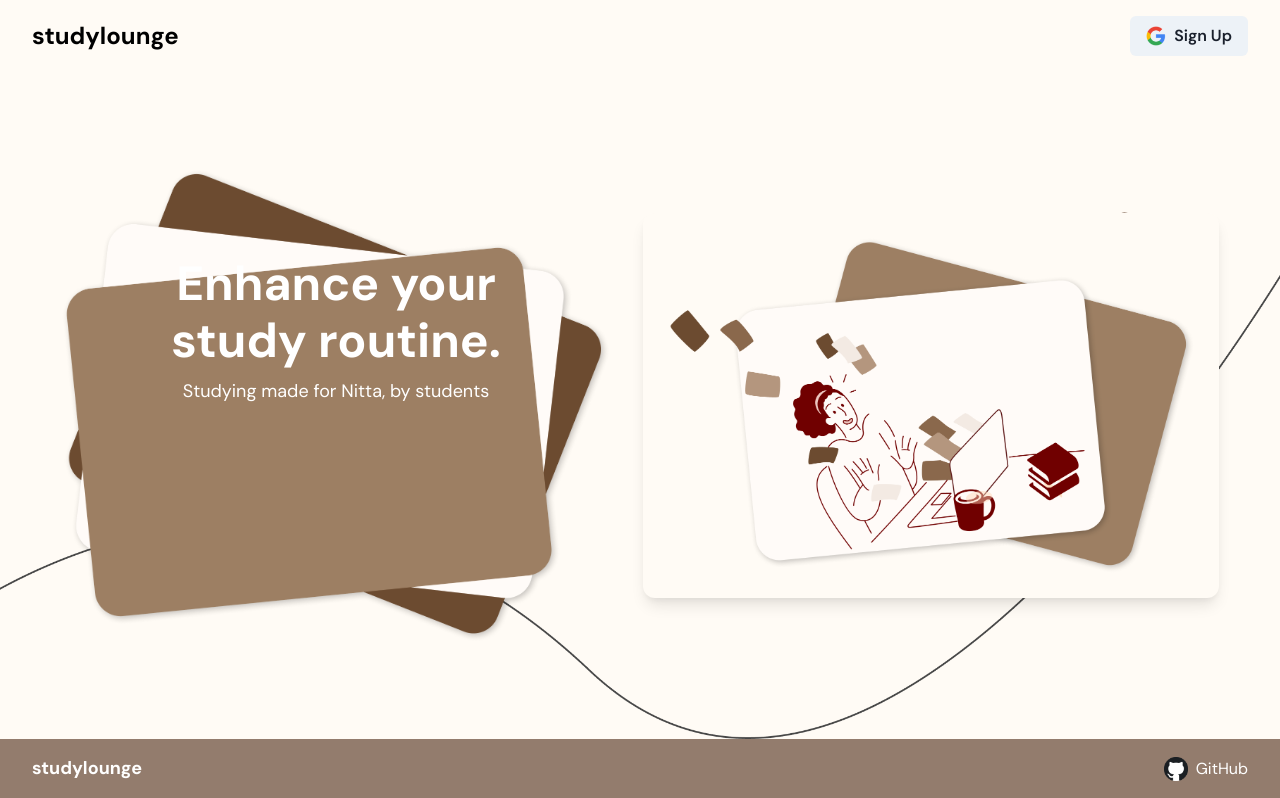
Repository: greg-chang/flashcard-website
Page: / (app in frontend/)
The author's editor kept a copy of each file at every save. The page is drawn from the files as they stood at one save, then again after the next save.
The browser window is 1280 px wide. The pictures show the whole page.
The page's requests for data from a server got no answer. The project was rebuilt for these pictures with package versions that can differ from the ones it lists, and the page was loaded fresh each time. Some packages were replaced by stand-ins written for this rebuild. The framework's server and built-in components were replaced by stand-ins that run in the browser. No one was signed in, and anything a server would have sent is missing. Also part of the build but not shown: frontend/next.config.ts, frontend/src/components/Dashboard.tsx.

Above is the page before, as saved 2025-06-08 14:32:00.

### frontend/src/app/layout.tsx
import type { Metadata } from "next";
import { Geist, Geist_Mono } from "next/font/google";
import { DM_Sans } from 'next/font/google';
import { ClerkProvider } from '@clerk/nextjs';
import { ChakraProvider, extendTheme } from '@chakra-ui/react';
import "./globals.css";
import Navbar from "../components/ui/navbar";
import theme from './theme';

const geistSans = Geist({
  variable: "--font-geist-sans",
  subsets: ["latin"],
});

const geistMono = Geist_Mono({
  variable: "--font-geist-mono",
  subsets: ["latin"],
});

const dmSans = DM_Sans({
  variable: '--font-dm-sans',
  subsets: ['latin'],
});

export const metadata: Metadata = {
  title: "Flashcard Website",
  description: "ECS 162 - Web Programming Final Project",
};

export default function RootLayout({
  children,
}: Readonly<{
  children: React.ReactNode;
}>) {
  return (
    <ClerkProvider>
      <ChakraProvider theme={theme}>
        <html lang="en">
          <body
            className={`${geistSans.variable} ${geistMono.variable} ${dmSans.variable} antialiased`}
          >
            {children}
          </body>
        </html>
      </ChakraProvider>
    </ClerkProvider>
  );
}

### frontend/src/app/page.tsx
'use client';
import Homepage from '@/components/Homepage';
import UserInterface from '@/components/UserInterface';
import Dashboard from '@/components/Dashboard';
import { useUser } from '@clerk/nextjs';
// import UserInterface from '@/components/UserInterface';

export default function Home() {
  const { isSignedIn, isLoaded } = useUser();
  if (!isLoaded) {
    return <div>Loading...</div>;
  }
  return (
    <main className="min-h-screen bg-gray-100">
      {isSignedIn ? <Dashboard /> : <Homepage />}
    </main>
  );
}

### frontend/src/app/globals.css
@import "tailwindcss";

:root {
  --background: var(--color-sand);
  --foreground: var(--color-walnut);
}

@theme {
  /* Light */
  --color-sand: #F0EAE2 ;
  /* Medium */
  --color-coffee: #937156 ;
  /* Medium Text */
  --color-walnut: #8F6E4F ;
  /* VERY DARK */
  --color-expresso: #341D09 ;
  /* DESATURATED MEDIUM */
  --color-mocha: #604E3C ;
}

@theme inline {
  --color-background: var(--background);
  --color-foreground: var(--foreground);
  --font-sans: var(--font-geist-sans);
  --font-mono: var(--font-geist-mono);
}
/*
@john found out that this is what caused the white text of white background
@media (prefers-color-scheme: dark) {
  :root {
    --background: #0a0a0a;
    --foreground: #ededed;
  }
} */

body {
  background: var(--background);
  color: var(--foreground);
  font-family: Arial, Helvetica, sans-serif;
}

### frontend/src/app/theme.tsx
'use client';
import { extendTheme } from '@chakra-ui/react';

const theme = extendTheme({
    //not actually used
  colors: {
    brand: {
      50: '#ffe4ed',
    },
  },
  fonts: {
    heading: 'var(--font-geist-sans), sans-serif',
    body: 'var(--font-geist-sans), sans-serif',
  },
  styles: {
    global: {
      body: {
        bg: 'pink.100',
        color: 'black',
      },
    },
  },
});

export default theme;

### frontend/src/components/Homepage.tsx
'use client';
import {
  Box,
  Button,
  Center,
  Heading,
  Stack,
  Text,
  VStack,
  HStack,
  SimpleGrid,
  Flex,
} from '@chakra-ui/react';
import { SignInButton, SignUpButton } from '@clerk/nextjs';
import Header from './Header';
import Image from 'next/image';

// assets
import Illustration from '@/assets/Illustration.png';
import GroupedCards from '@/assets/Grouped Cards.png';
import StyleLine from '@/assets/Style Line.png';
import GithubLogo from '@/assets/Github Logo.png';
import GoogleLogo from '@/assets/Google Logo.png';

export default function Homepage() {
  return (
    <Flex minH="100vh" direction="column" bg="#FFFBF5" color="black" fontFamily="var(--font-dm-sans)">
      {/* Header */}
      <Header />

      {/* Main Content Area */}
      <Flex
        direction={{ base: 'column', md: 'row' }}
        align="center"
        justify="center"
        py={{ base: 10, md: 20 }}
        px={{ base: 4, md: 8 }}
        flex="1" // Occupy available space
        position="relative" // For positioning pseudo-elements or background waves if needed
        overflow="hidden" // Hide overflowing background parts
      >
        {/* Background Wave */}
        <Box
          position="absolute"
          top="0"
          left="0"
          width="100%"
          height="100%"
          backgroundImage={`url(${StyleLine.src})`}
          backgroundSize="cover" // Adjust as needed, e.g., '100% auto'
          backgroundRepeat="no-repeat"
          backgroundPosition="center bottom" // Position the wave at the bottom or center
          zIndex="0"
        />

        {/* Left Section: Grouped Cards Image */}
        <Box
          position="relative"
          maxW={{ base: 'full', md: '50%' }}
          mb={{ base: 10, md: 0 }}
          display="flex"
          justifyContent={{ base: 'center', md: 'flex-start' }}
          alignItems={{ base: 'center', md: 'flex-start' }}
          p={4} // Add some padding around the stacked cards container
          zIndex="1"
        >
          <Image
            src={GroupedCards}
            alt="Grouped Study Cards"
            width={550} // Adjust based on your image and desired display
            height={400} // Adjust based on your image and desired display
            objectFit="contain"
            priority
          />
          {/* Text Overlay on Grouped Cards (if needed, adjust positioning) */}
          <Box
            position="absolute"
            color="white"
            textAlign="center"
            // You'll need to adjust these values to perfectly overlay text on the image
            top="35%"
            left="50%"
            transform="translate(-50%, -50%)"
            width="80%"
          >
            <Heading fontSize={{ base: '3xl', md: '4xl', lg: '5xl' }} mb={2}>
              Enhance your study routine.
            </Heading>
            <Text fontSize={{ base: 'md', md: 'lg' }}>
              Studying made for Nitta, by students
            </Text>
          </Box>
        </Box>

        {/* Right Section: Illustration Image Card */}
        <Box
          maxW={{ base: 'full', md: '50%' }}
          display="flex"
          justifyContent="center"
          alignItems="center"
          position="relative"
          p={4} // Padding to give space for the card style
          zIndex="1"
        >
          <Box
            bg="#FFFBF5" // Card background
            p={6} // Inner padding for the image
            borderRadius="xl"
            boxShadow="lg"
            position="relative"
            zIndex="1"
            display="inline-block" // To wrap content tightly
          >
            <Image
              src={Illustration}
              alt="Study Lounge Illustration"
              width={600} // Adjusted width for better fit within the card
              height={450} // Adjusted height for better fit within the card
              objectFit="contain"
              priority
            />
          </Box>
          {/* Small brown card elements (if still desired, adjust as needed) */}
          <Box
            position="absolute"
            bg="#937C6D"
            width="60px"
            height="40px"
            borderRadius="md"
            top="5%"
            right="10%"
            transform="rotate(15deg)"
            zIndex="0"
            display={{ base: 'none', md: 'block' }}
          />
          <Box
            position="absolute"
            bg="#937C6D"
            width="40px"
            height="30px"
            borderRadius="md"
            bottom="15%"
            left="20%"
            transform="rotate(-20deg)"
            zIndex="0"
            display={{ base: 'none', md: 'block' }}
          />
          <Box
            position="absolute"
            bg="#937C6D"
            width="50px"
            height="35px"
            borderRadius="md"
            bottom="5%"
            right="5%"
            transform="rotate(5deg)"
            zIndex="0"
            display={{ base: 'none', md: 'block' }}
          />
        </Box>
      </Flex>

      {/* Footer */}
      <Flex
        as="footer"
        bg="#937C6D"
        color="white"
        py={4}
        px={8}
        justify="space-between"
        align="center"
        mt="auto"
        fontFamily="var(--font-dm-sans)"
        zIndex="1"
        position="relative" // Ensure footer is above background wave
      >
        <Text fontSize="lg" fontWeight="bold">studylounge</Text>
        <HStack spacing={2}> {/* Reduced spacing for icon and text */}
          <Image
            src={GithubLogo}
            alt="GitHub Logo"
            width={24}
            height={24}
            objectFit="contain"
          />
          <Text>GitHub</Text>
        </HStack>
      </Flex>
    </Flex>
  );
}

### frontend/src/components/Header.tsx
'use client';
import {
  Box,
  Flex,
  Heading,
  Spacer,
  Button,
  HStack,
  Text,
} from '@chakra-ui/react';
import { SignInButton, SignUpButton, UserButton, useUser } from '@clerk/nextjs';
import Image from 'next/image';
import GoogleLogo from '@/assets/Google Logo.png';

export default function Header() {
  const { isSignedIn, isLoaded } = useUser();

  return (
    <Box
      as="header"
      position="sticky"
      top={0}
      zIndex={10}
      bg="transparent"
      px={8}
      py={4}
      shadow="none"
    >
      <Flex align="center">
        {/* Logo */}
        <Text fontSize="2xl" fontWeight="bold" color="black">studylounge</Text>

        <Spacer />

        {/* Right side: Auth buttons or Avatar */}
        {isLoaded && (
          <HStack spacing={4}>
            {isSignedIn ? (
              <UserButton afterSignOutUrl="/" />
            ) : (
              <>
                <SignUpButton mode="modal">
                  <Button size="md" bg="gray.100" _hover={{ bg: 'gray.200' }} borderRadius="md">
                    <HStack spacing={2}>
                      <Image
                        src={GoogleLogo}
                        alt="Google Logo"
                        width={20}
                        height={20}
                        objectFit="contain"
                      />
                      <Text>Sign Up</Text>
                    </HStack>
                  </Button>
                </SignUpButton>
              </>
            )}
          </HStack>
        )}
      </Flex>
    </Box>
  );
}

After the next save:
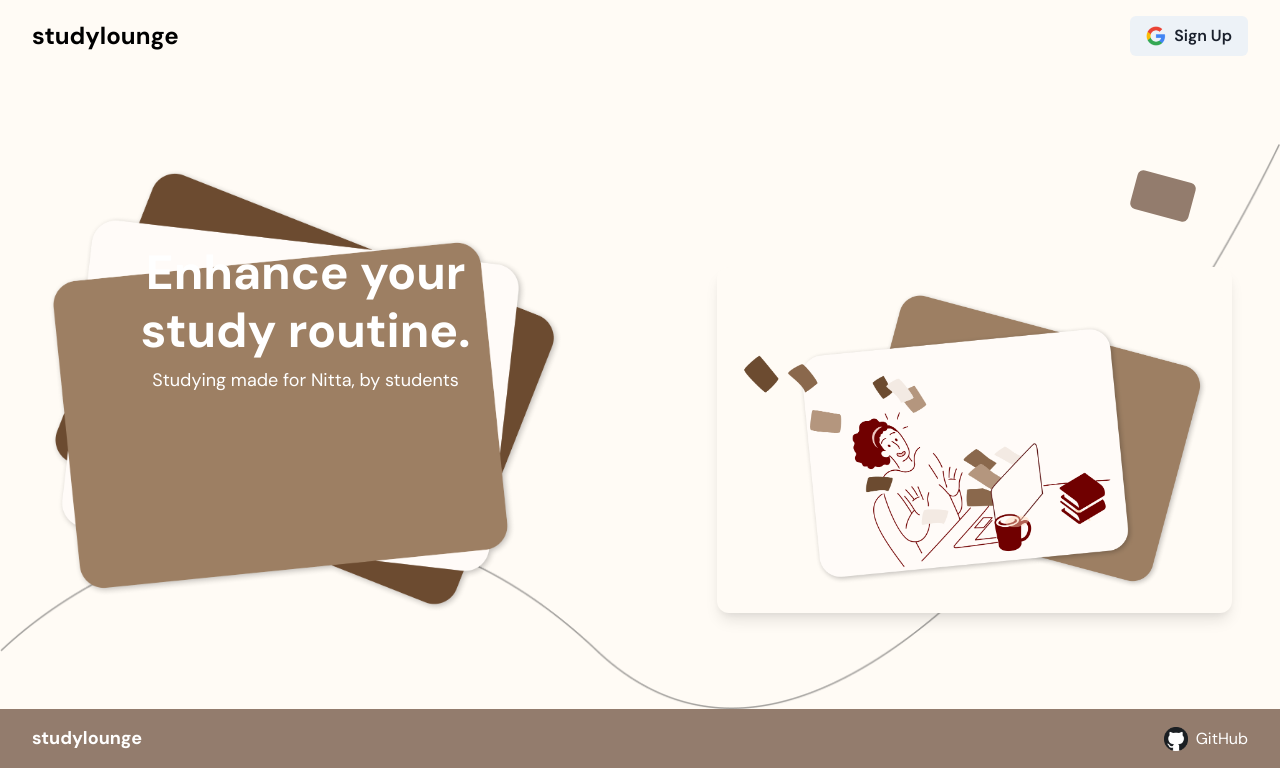
Saved 101 s later.
--- a/frontend/src/components/Homepage.tsx
+++ b/frontend/src/components/Homepage.tsx
@@ -31,8 +31,8 @@ export default function Homepage() {
       {/* Main Content Area */}
       <Flex
         direction={{ base: 'column', md: 'row' }}
-        align="center"
-        justify="center"
+        align="stretch" // Allow children to stretch vertically if needed
+        justify="space-between" // Distribute space between items
         py={{ base: 10, md: 20 }}
         px={{ base: 4, md: 8 }}
         flex="1" // Occupy available space
@@ -47,41 +47,44 @@ export default function Homepage() {
           width="100%"
           height="100%"
           backgroundImage={`url(${StyleLine.src})`}
-          backgroundSize="cover" // Adjust as needed, e.g., '100% auto'
+          backgroundSize="100% auto" // Cover full width, auto height
           backgroundRepeat="no-repeat"
           backgroundPosition="center bottom" // Position the wave at the bottom or center
           zIndex="0"
+          opacity="0.5" // Adjust opacity if too prominent
         />
 
         {/* Left Section: Grouped Cards Image */}
         <Box
           position="relative"
-          maxW={{ base: 'full', md: '50%' }}
-          mb={{ base: 10, md: 0 }}
+          flex="1" // Allow it to take available space in flex container
+          minW={{ base: 'full', md: '45%' }} // Adjust minimum width
+          maxW={{ base: 'full', md: '45%' }} // Adjust maximum width to control scaling
           display="flex"
-          justifyContent={{ base: 'center', md: 'flex-start' }}
-          alignItems={{ base: 'center', md: 'flex-start' }}
-          p={4} // Add some padding around the stacked cards container
+          justifyContent="flex-start" // Align to top-left
+          alignItems="flex-start" // Align to top-left
+          p={4}
           zIndex="1"
         >
           <Image
             src={GroupedCards}
             alt="Grouped Study Cards"
-            width={550} // Adjust based on your image and desired display
-            height={400} // Adjust based on your image and desired display
+            width={550} // Aspect ratio base
+            height={400} // Aspect ratio base
+            layout="intrinsic" // Use intrinsic for better control within flex items
             objectFit="contain"
             priority
           />
-          {/* Text Overlay on Grouped Cards (if needed, adjust positioning) */}
+          {/* Text Overlay on Grouped Cards */}
           <Box
             position="absolute"
             color="white"
             textAlign="center"
-            // You'll need to adjust these values to perfectly overlay text on the image
             top="35%"
             left="50%"
             transform="translate(-50%, -50%)"
             width="80%"
+            // Adjust these values to perfectly overlay text on the image
           >
             <Heading fontSize={{ base: '3xl', md: '4xl', lg: '5xl' }} mb={2}>
               Enhance your study routine.
@@ -94,33 +97,36 @@ export default function Homepage() {
 
         {/* Right Section: Illustration Image Card */}
         <Box
-          maxW={{ base: 'full', md: '50%' }}
+          flex="1" // Allow it to take available space
+          minW={{ base: 'full', md: '45%' }} // Adjust minimum width
+          maxW={{ base: 'full', md: '45%' }} // Adjust maximum width to control scaling
           display="flex"
-          justifyContent="center"
-          alignItems="center"
+          justifyContent="flex-end" // Align to bottom-right
+          alignItems="flex-end" // Align to bottom-right
           position="relative"
-          p={4} // Padding to give space for the card style
+          p={4}
           zIndex="1"
         >
           <Box
-            bg="#FFFBF5" // Card background
-            p={6} // Inner padding for the image
+            bg="#FFFBF5"
+            p={6}
             borderRadius="xl"
             boxShadow="lg"
             position="relative"
             zIndex="1"
-            display="inline-block" // To wrap content tightly
+            display="inline-block"
           >
             <Image
               src={Illustration}
               alt="Study Lounge Illustration"
-              width={600} // Adjusted width for better fit within the card
-              height={450} // Adjusted height for better fit within the card
+              width={600} // Aspect ratio base
+              height={450} // Aspect ratio base
+              layout="intrinsic" // Use intrinsic for better control within flex items
               objectFit="contain"
               priority
             />
           </Box>
-          {/* Small brown card elements (if still desired, adjust as needed) */}
+          {/* Small brown card elements (re-evaluate positions based on new layout) */}
           <Box
             position="absolute"
             bg="#937C6D"
@@ -172,10 +178,10 @@ export default function Homepage() {
         mt="auto"
         fontFamily="var(--font-dm-sans)"
         zIndex="1"
-        position="relative" // Ensure footer is above background wave
+        position="relative"
       >
         <Text fontSize="lg" fontWeight="bold">studylounge</Text>
-        <HStack spacing={2}> {/* Reduced spacing for icon and text */}
+        <HStack spacing={2}>
           <Image
             src={GithubLogo}
             alt="GitHub Logo"
